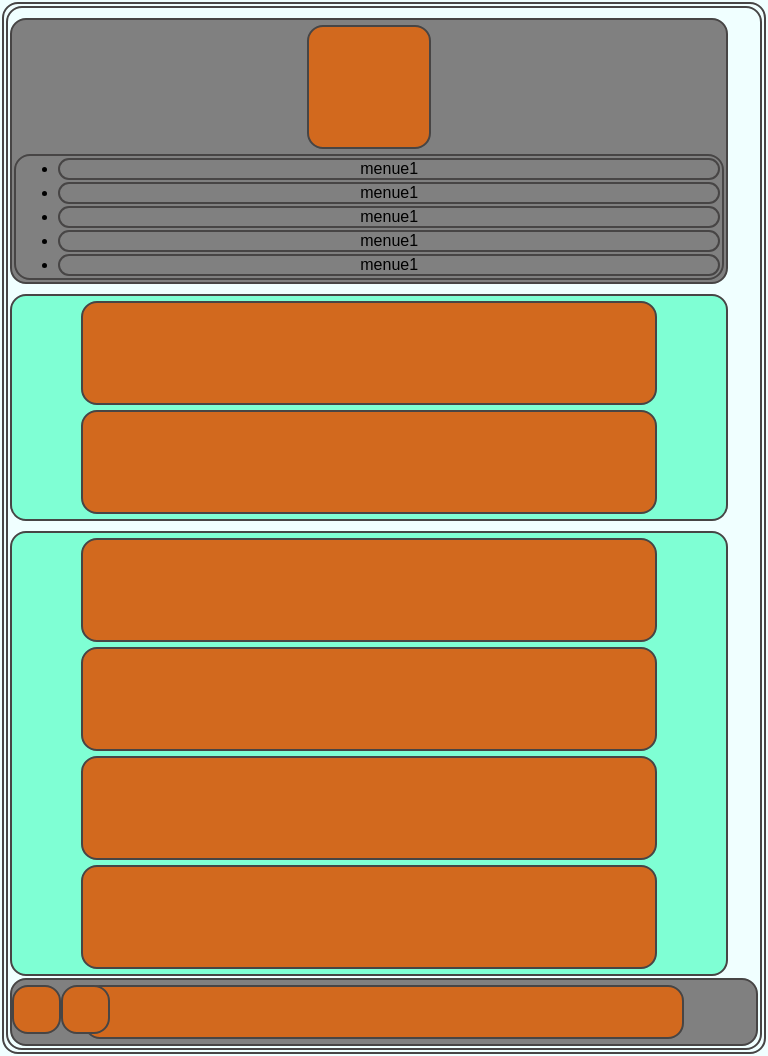
Repository: clairedupuich/cv-claireDUPUICH
Page: cv.html
These files come from the project's save history. The page is drawn as it stood at one moment and after the next save; the edit follows.
The browser window is 768 px wide. The pictures show the whole page.

Above is the page before, as saved 2020-10-08 13:36:48.

### cv.html
<!DOCTYPE html>
<html lang="fr" dir="ltr">
  <head>
    <meta charset="utf-8">
    <title>Exercice</title>
    <link rel="stylesheet" href="cv.css">
  </head>
  <body>
    <section class="header">
        <div class="img">
        </div>

            <ul class="nav">
                <li>menue1</li>
                <li>menue1</li>
                <li>menue1</li>
                <li>menue1</li>
                <li>menue1</li>
            </ul>

    </section>
      <section class="section 1">
          <div class="article1_1">
          </div>
          <div class="article1_2">
          </div>
      </section>
      <section class="section2">
        <div class="article2_1">
        </div>
        <div class="article2_2">
        </div>
        <div class="article2_3">
        </div>
        <div class="article2_4">
        </div>
      </section>
      <footer>
          <div class='footer1'>
          </div>
        <div class="footer2">
        </div>
        <div class="footer3">
        </div>
    </footer>
  </body>
</html>

### cv.css

@media screen and (max-width: 768px)
{
    * {
        font-family: Avenir, sans-serif;
        border: 2px solid rgb(71, 69, 69);
        border-radius: 16px;
         margin: 2px;

    }

    body {
        background-color: azure;


    }
    section {
        margin-top: 10px;
        width: 95%;
        background-color: aquamarine;


    }
    div {
        margin: 5px auto;
        width:80% ;
        height: 100px;
        background-color: chocolate;
    }
    ul {
        text-align: center;
    }

    footer,
    .header{
        background-color: gray;
    }

    .footer2,
    .footer1 {
        height: 45px;
        width: 45px;
        float: left;
    }
    .footer3 {
        height: 50px;
    }
    .img {
        width:120px;
        height: 120px;
        text-align: left;
    }

}

After the next save:
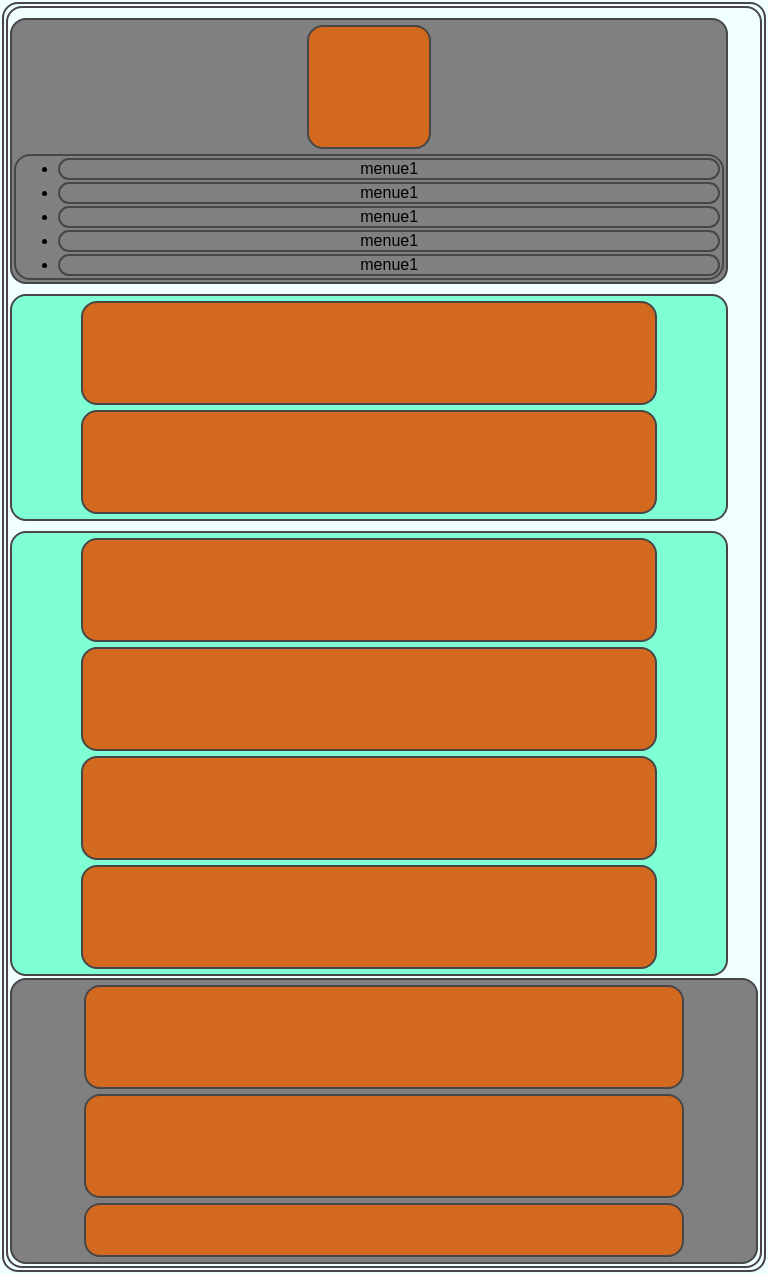
Saved 21 s later.
--- a/cv.css
+++ b/cv.css
@@ -36,12 +36,12 @@
         background-color: gray;
     }
 
-    .footer2,
+    /* .footer2,
     .footer1 {
         height: 45px;
         width: 45px;
         float: left;
-    }
+    } */
     .footer3 {
         height: 50px;
     }

After the save that followed:
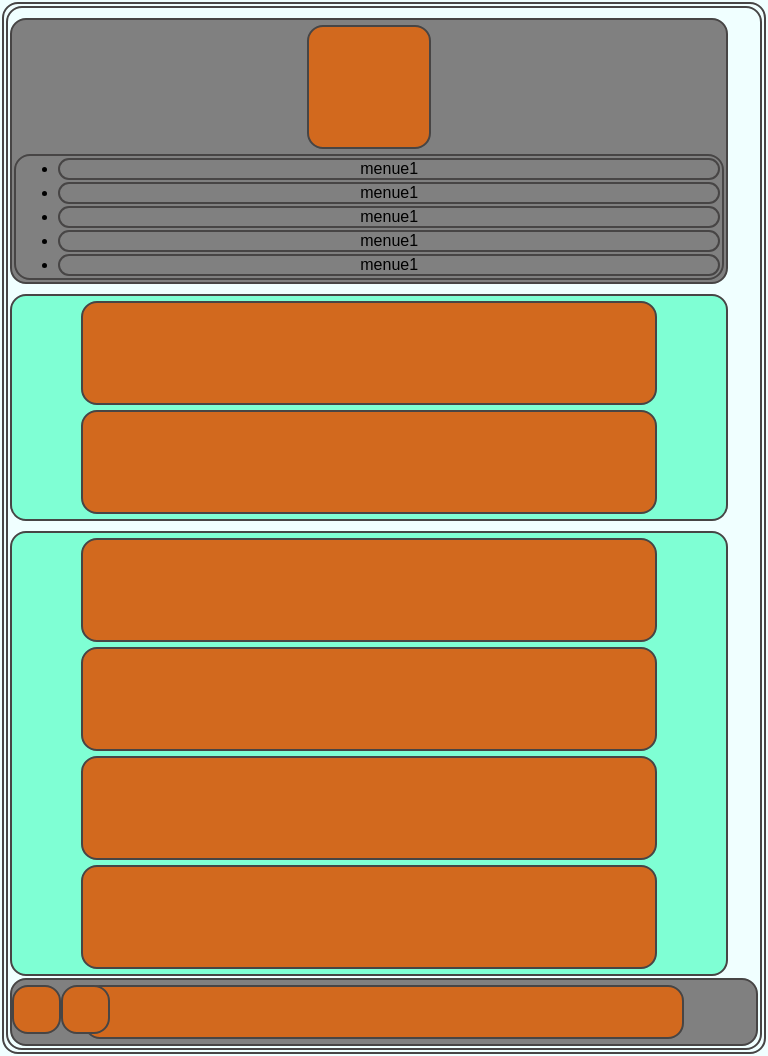
Saved 2 min 41 s later.
--- a/cv.css
+++ b/cv.css
@@ -36,12 +36,15 @@
         background-color: gray;
     }
 
-    /* .footer2,
+    .footer2,
     .footer1 {
         height: 45px;
         width: 45px;
         float: left;
-    } */
+    }
+    .clear {
+        clear: both;
+    }
     .footer3 {
         height: 50px;
     }
